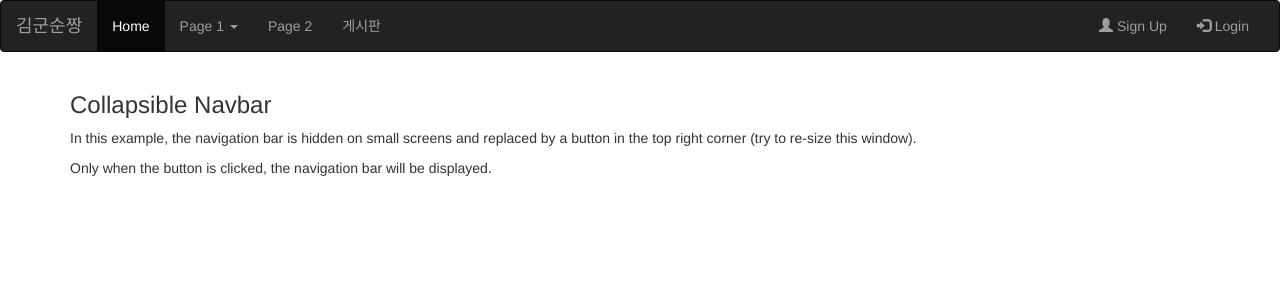
Repository: SeeUSoon93/Spring
Page: http://localhost/SpringMVC03/WEB-INF/views/index.jsp
The author's editor kept a copy of each file at every save. The page is drawn from the files as they stood at one save, then again after the next save.
The browser window is 1280 px wide. The pictures show the whole page.
The page is served by Tomcat 9. Nobody is signed in. Other server files are loaded and not shown. The template is opened directly, without the code that normally fills it, so the values that code supplies are empty.

Above is the page before, as saved 2023-10-06 02:39:23.

### SpringMVC03/src/main/webapp/WEB-INF/views/index.jsp
<%@ page language="java" contentType="text/html; charset=UTF-8"
    pageEncoding="UTF-8"%>
<%@ taglib prefix="c" uri="http://java.sun.com/jsp/jstl/core" %>
<!DOCTYPE html>
<html lang="en">
<head>
  <title>SpringMVC03</title>
  <meta charset="utf-8">
  <meta name="viewport" content="width=device-width, initial-scale=1">
    <link rel="stylesheet" href="https://maxcdn.bootstrapcdn.com/bootstrap/3.4.1/css/bootstrap.min.css">
  <script src="https://ajax.googleapis.com/ajax/libs/jquery/3.6.4/jquery.min.js"></script>
  <script src="https://maxcdn.bootstrapcdn.com/bootstrap/3.4.1/js/bootstrap.min.js"></script>
</head>
<body>

	<jsp:include page="common/header.jsp"></jsp:include>

<div class="container">
  <h3>Collapsible Navbar</h3>
  <p>In this example, the navigation bar is hidden on small screens and replaced by a button in the top right corner (try to re-size this window).
  <p>Only when the button is clicked, the navigation bar will be displayed.</p>
</div>

</body>
</html>

### SpringMVC03/src/main/webapp/WEB-INF/views/common/header.jsp
<%@ page language="java" contentType="text/html; charset=UTF-8"
    pageEncoding="UTF-8"%>
<!DOCTYPE html>
<html lang="en">
<head>
  <title>SpringMVC03</title>
  <meta charset="utf-8">
  <meta name="viewport" content="width=device-width, initial-scale=1">
    <link rel="stylesheet" href="https://maxcdn.bootstrapcdn.com/bootstrap/3.4.1/css/bootstrap.min.css">
  <script src="https://ajax.googleapis.com/ajax/libs/jquery/3.6.4/jquery.min.js"></script>
  <script src="https://maxcdn.bootstrapcdn.com/bootstrap/3.4.1/js/bootstrap.min.js"></script>
</head>
<body>


<nav class="navbar navbar-inverse">
  <div class="container-fluid">
    <div class="navbar-header">
      <button type="button" class="navbar-toggle" data-toggle="collapse" data-target="#myNavbar">
        <span class="icon-bar"></span>
        <span class="icon-bar"></span>
        <span class="icon-bar"></span>
      </button>
      <a class="navbar-brand" href="#">김군순짱</a>
    </div>
    <div class="collapse navbar-collapse" id="myNavbar">
      <ul class="nav navbar-nav">
        <li class="active"><a href="#">Home</a></li>
        <li class="dropdown">
          <a class="dropdown-toggle" data-toggle="dropdown" href="#">Page 1 <span class="caret"></span></a>
          <ul class="dropdown-menu">
            <li><a href="#">Page 1-1</a></li>
            <li><a href="#">Page 1-2</a></li>
            <li><a href="#">Page 1-3</a></li>
          </ul>
        </li>
        <li><a href="#">Page 2</a></li>
        <li><a href="boardMain.do">게시판</a></li>
      </ul>
      <ul class="nav navbar-nav navbar-right">
        <li><a href="#"><span class="glyphicon glyphicon-user"></span> Sign Up</a></li>
        <li><a href="#"><span class="glyphicon glyphicon-log-in"></span> Login</a></li>
      </ul>
    </div>
  </div>
</nav>

</body>
</html>

After the next save:
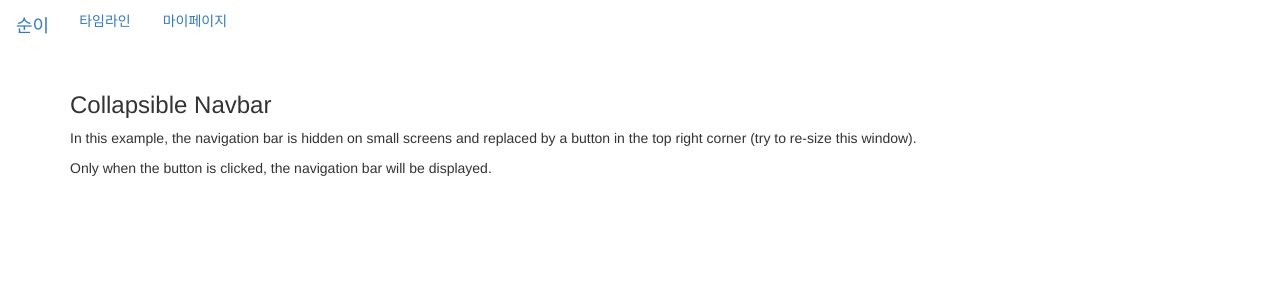
Saved 4 min 23 s later.
--- a/SpringMVC03/src/main/webapp/WEB-INF/views/common/header.jsp
+++ b/SpringMVC03/src/main/webapp/WEB-INF/views/common/header.jsp
@@ -13,37 +13,19 @@
 <body>
 
 
-<nav class="navbar navbar-inverse">
-  <div class="container-fluid">
-    <div class="navbar-header">
-      <button type="button" class="navbar-toggle" data-toggle="collapse" data-target="#myNavbar">
-        <span class="icon-bar"></span>
-        <span class="icon-bar"></span>
-        <span class="icon-bar"></span>
-      </button>
-      <a class="navbar-brand" href="#">김군순짱</a>
-    </div>
-    <div class="collapse navbar-collapse" id="myNavbar">
-      <ul class="nav navbar-nav">
-        <li class="active"><a href="#">Home</a></li>
-        <li class="dropdown">
-          <a class="dropdown-toggle" data-toggle="dropdown" href="#">Page 1 <span class="caret"></span></a>
-          <ul class="dropdown-menu">
-            <li><a href="#">Page 1-1</a></li>
-            <li><a href="#">Page 1-2</a></li>
-            <li><a href="#">Page 1-3</a></li>
+      <nav class="navbar navbar-expand-lg bg-light">
+        <div class="container-fluid" id="headCon">
+          <a class="navbar-brand" href="/">순이</a>
+          <ul class="nav nav-pills">
+            <li class="nav-item">
+              <a class="nav-link active" aria-current="page" href="#">타임라인</a>
+            </li>
+            <li class="nav-item">
+              <a class="nav-link" href="#">마이페이지</a>
+            </li>
           </ul>
-        </li>
-        <li><a href="#">Page 2</a></li>
-        <li><a href="boardMain.do">게시판</a></li>
-      </ul>
-      <ul class="nav navbar-nav navbar-right">
-        <li><a href="#"><span class="glyphicon glyphicon-user"></span> Sign Up</a></li>
-        <li><a href="#"><span class="glyphicon glyphicon-log-in"></span> Login</a></li>
-      </ul>
-    </div>
-  </div>
-</nav>
+        </div>
+      </nav>
 
 </body>
 </html>
